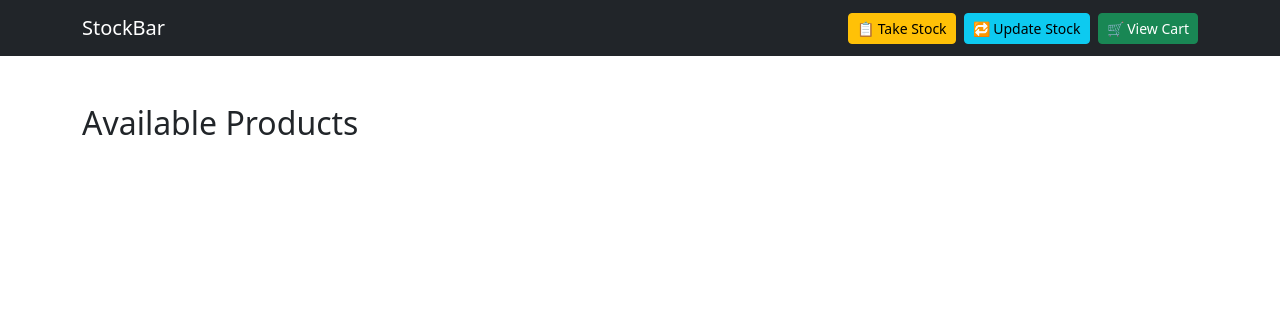
Repository: profbkmurage/soms
Page: /
The author's editor kept a copy of each file at every save. The page is drawn from the files as they stood at one save, then again after the next save.
The browser window is 1280 px wide. The pictures show the whole page.
The page's requests for data from a server got no answer. The project was rebuilt for these pictures with package versions that can differ from the ones it lists, and the page was loaded fresh each time. No one was signed in, and anything a server would have sent is missing. Also part of the build but not shown: vite.config.js, src/components/AddStockModal.jsx, src/components/ProductCard.jsx, src/components/Cart.jsx.

Above is the page before, as saved 2025-07-18 19:23:06.

### index.html
<!doctype html>
<html lang="en">
  <head>
    <meta charset="UTF-8" />
    <link rel="icon" type="image/svg+xml" href="/vite.svg" />
    <meta name="viewport" content="width=device-width, initial-scale=1.0" />
    <title>Vite + React</title>
  </head>
  <body>
    <div id="root"></div>
    <script type="module" src="/src/main.jsx"></script>
    <script src="https://cdn.jsdelivr.net/npm/bootstrap@5.3.2/dist/js/bootstrap.bundle.min.js"></script>
  </body>
</html>

### src/main.jsx
import React from 'react'
import ReactDOM from 'react-dom/client'
import App from './App'
import { CartProvider } from './context/CartContext'
import 'bootstrap/dist/css/bootstrap.min.css'

ReactDOM.createRoot(document.getElementById('root')).render(
  <React.StrictMode>
    <CartProvider>
      <App />
    </CartProvider>
  </React.StrictMode>
)

### src/App.jsx
import React, { useState } from 'react'
import { BrowserRouter as Router, Routes, Route } from 'react-router-dom'
import Navbar from './components/Navbar'
import ProductList from './components/ProductList'
import Cart from './components/Cart'

const App = () => {
  const [editMode, setEditMode] = useState(false)
  const [addStockMode, setAddStockMode] = useState(false)

  return (
    <Router>
      <Navbar
        editMode={editMode}
        addStockMode={addStockMode}
        onToggleEdit={() => setEditMode(prev => !prev)}
        onToggleAddStock={() => setAddStockMode(prev => !prev)}
      />

      <Routes>
        <Route
          path='/'
          element={
            <ProductList
              editMode={editMode}
              addStockMode={addStockMode}
              setEditMode={setEditMode}
              setAddStockMode={setAddStockMode}
            />
          }
        />
        <Route path='/cart' element={<Cart />} />
      </Routes>
    </Router>
  )
}

export default App

### src/context/CartContext.jsx
import React, { createContext, useContext, useState } from 'react'

const CartContext = createContext()

// eslint-disable-next-line react-refresh/only-export-components
export const useCart = () => useContext(CartContext)

export const CartProvider = ({ children }) => {
  const [cartItems, setCartItems] = useState([])

  const addToCart = (product, qty) => {
    const existing = cartItems.find(
      item => item.productId === product.productId
    )
    if (existing) {
      setCartItems(prev =>
        prev.map(item =>
          item.productId === product.productId
            ? { ...item, qty: item.qty + qty }
            : item
        )
      )
    } else {
      setCartItems(prev => [...prev, { ...product, qty }])
    }
  }

  const clearCart = () => setCartItems([])

  return (
    <CartContext.Provider value={{ cartItems, addToCart, clearCart }}>
      {children}
    </CartContext.Provider>
  )
}

### src/components/Navbar.jsx
import React from 'react'
import { Link } from 'react-router-dom'

const Navbar = ({ onToggleEdit, onToggleAddStock, editMode, addStockMode }) => {
  return (
    <nav className='navbar navbar-expand-lg navbar-dark bg-dark'>
      <div className='container'>
        <Link to='/' className='navbar-brand'>
          StockBar
        </Link>

        <div className='d-flex gap-2'>
          <button
            className={`btn btn-sm ${
              editMode ? 'btn-secondary' : 'btn-warning'
            }`}
            onClick={onToggleEdit}
          >
            {editMode ? 'Exit Stock Mode' : '📋 Take Stock'}
          </button>

          <button
            className={`btn btn-sm ${
              addStockMode ? 'btn-secondary' : 'btn-info'
            }`}
            onClick={onToggleAddStock}
          >
            {addStockMode ? 'Exit Update Mode' : '🔁 Update Stock'}
          </button>

          <Link to='/cart' className='btn btn-sm btn-success'>
            🛒 View Cart
          </Link>
        </div>
      </div>
    </nav>
  )
}

export default Navbar

### src/components/ProductList.jsx
import React, { useEffect, useState } from 'react'
import { collection, getDocs } from 'firebase/firestore'
import { db } from '../firebase/config'
import ProductCard from './ProductCard'

const ProductList = ({
  editMode,
  addStockMode,
  // setEditMode,
  setAddStockMode
}) => {
  const [products, setProducts] = useState([])

  const fetchProducts = async () => {
    const querySnapshot = await getDocs(collection(db, 'products'))
    const data = querySnapshot.docs.map(doc => ({ id: doc.id, ...doc.data() }))
    setProducts(data)
  }

  useEffect(() => {
    fetchProducts()
  }, [])

  return (
    <div className='container mt-5'>
      <h2 className='mb-4'>Available Products</h2>
{/*
      🔘 GLOBAL ACTION BUTTONS
      <div className='d-flex gap-3 mb-4'>
        <button
          className={`btn ${editMode ? 'btn-secondary' : 'btn-warning'}`}
          onClick={() => {
            setEditMode(!editMode)
            if (addStockMode) setAddStockMode(false)
          }}
        >
          {editMode ? 'Exit Stock-Taking Mode' : 'Proceed to Take Stock'}
        </button>

        <button
          className={`btn ${addStockMode ? 'btn-secondary' : 'btn-info'}`}
          onClick={() => {
            setAddStockMode(!addStockMode)
            if (editMode) setEditMode(false)
          }}
        >
          {addStockMode ? 'Exit Stock Update Mode' : 'Update Stocks'}
        </button>
      </div> */}

      {/* 🧾 PRODUCT GRID */}
      <div className='row row-cols-1 row-cols-md-3 g-4'>
        {products.map(product => (
          <ProductCard
            key={product.id}
            product={product}
            editMode={editMode}
            addStockMode={addStockMode}
            refreshProducts={fetchProducts}
          />
        ))}
      </div>
    </div>
  )
}

export default ProductList

### src/firebase/config.js
import { initializeApp } from "firebase/app";
import { getFirestore } from "firebase/firestore";
// import { getStorage } from "firebase/storage";
import { getAuth } from "firebase/auth";


// Your web app's Firebase configuration
const firebaseConfig = {
    apiKey: "AIzaSyAMTZYtxn8mWGO3hVN00eas4TxBg18b0LM",
    authDomain: "stockcheckerapp.firebaseapp.com",
    projectId: "stockcheckerapp",
    storageBucket: "stockcheckerapp.firebasestorage.app",
    messagingSenderId: "771806329195",
    appId: "1:771806329195:web:98c22527794de00b55742e"
  };

  // Initialize Firebase
const app = initializeApp(firebaseConfig);
const db = getFirestore(app);
const auth = getAuth(app);

export { db, auth };

After the next save:
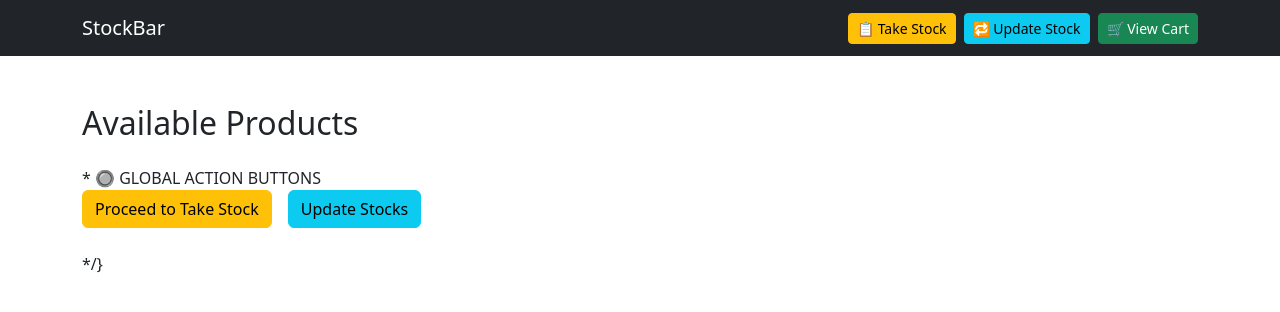
Saved 17 s later.
--- a/src/components/ProductList.jsx
+++ b/src/components/ProductList.jsx
@@ -24,7 +24,7 @@ const ProductList = ({
   return (
     <div className='container mt-5'>
       <h2 className='mb-4'>Available Products</h2>
-{/*
+*
       🔘 GLOBAL ACTION BUTTONS
       <div className='d-flex gap-3 mb-4'>
         <button
